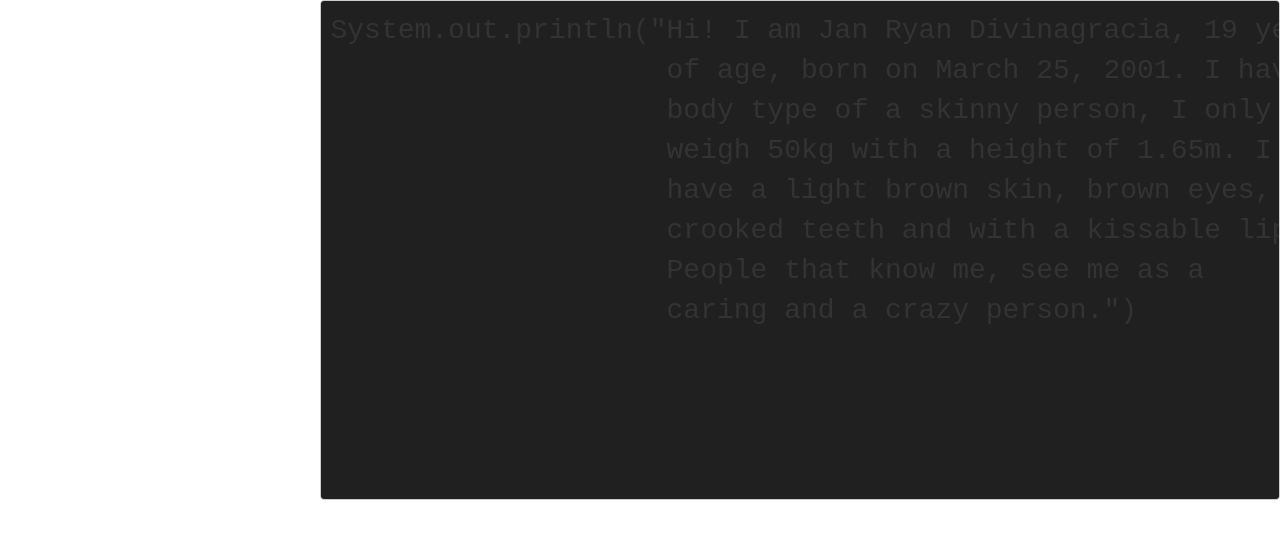
Repository: janry-gracia/Divinagracia_FinalProject
Page: Pages/storyofmylife.html
An editor plug-in stored every save of this project. The page is shown before and after the next save, followed by the edit.
The browser window is 1280 px wide. The pictures show the whole page.

Above is the page before, as saved 2021-05-17 23:04:28.
Console error: TypeError: Cannot read properties of null (reading 'addEventListener')

After the next save:
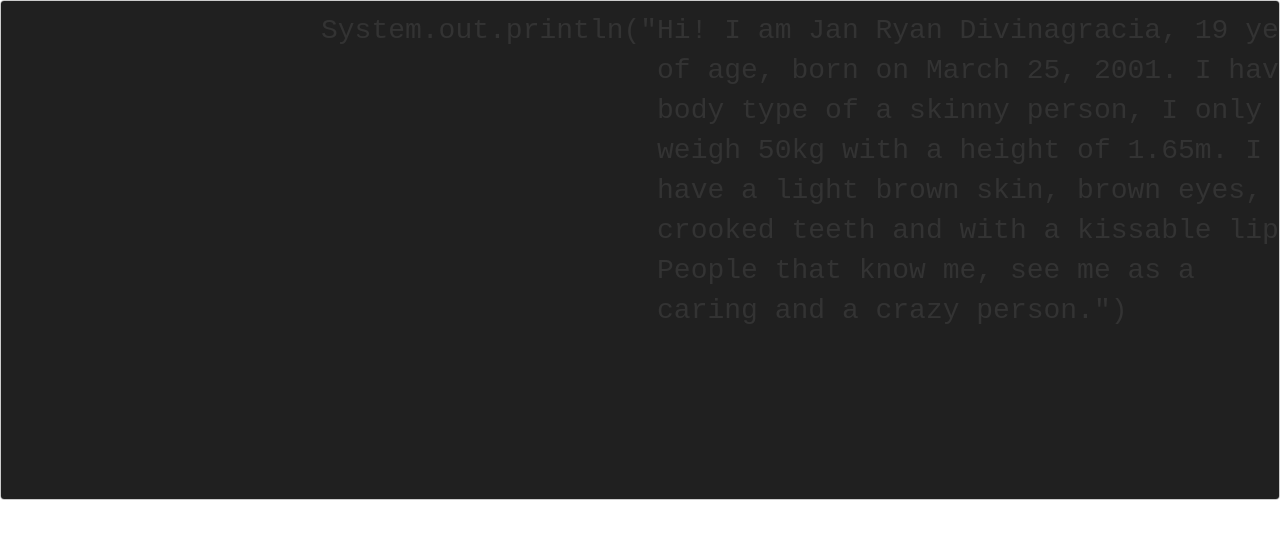
Saved 6 s later.
--- a/css/storyofmylife.css
+++ b/css/storyofmylife.css
@@ -20,7 +20,7 @@ html, body{
 }
 
 .message{
-    margin-left: 25%;
+    padding-left: 25%;
     height: 500px;
     background-color: rgb(32, 32, 32);
     font-family: 'Fire Code', monospace;
